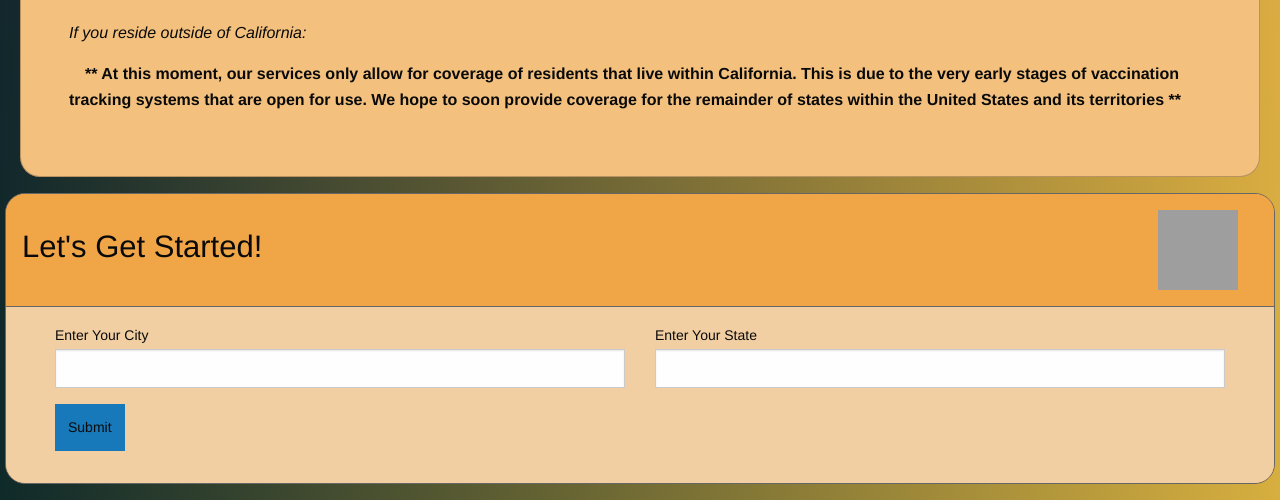
Repository: seddboi/Save-A-Shot
Page: index.html
An editor plug-in stored every save of this project. The page is shown before and after the next save, followed by the edit.
The browser window is 1280 px wide. The pictures show the part of the page from y = 1198 to 1702 px (the page is 1698 px tall before and 1702 px after).
Pictures or frames that could not be fetched are drawn as grey boxes. A picture or video elsewhere on the page could not be fetched, so the positions and the page height are approximate. The page's requests for data from a server got no answer. Some web libraries are served in a nearby version.

Above is the page before, as saved 2021-03-19 18:26:59.

After the next save:
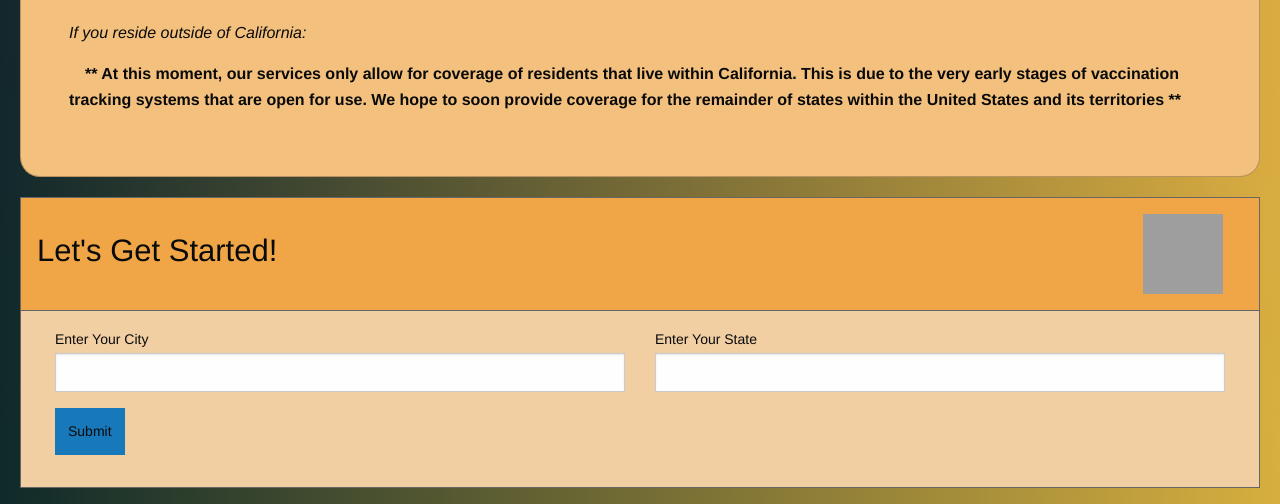
Saved 3 min 51 s later.
--- a/assets/css/style.css
+++ b/assets/css/style.css
@@ -39,9 +39,9 @@ body {
 #bottom-form {
     background-color: #f0a647;
     border: 1px solid#666;
-    margin-left: 5px;
-    margin-right: 5px;
-    border-radius: 20px;
+    margin-left: 20px;
+    margin-right: 20px;
+    margin-top: 20px;
 }
 
 #card-divider {
